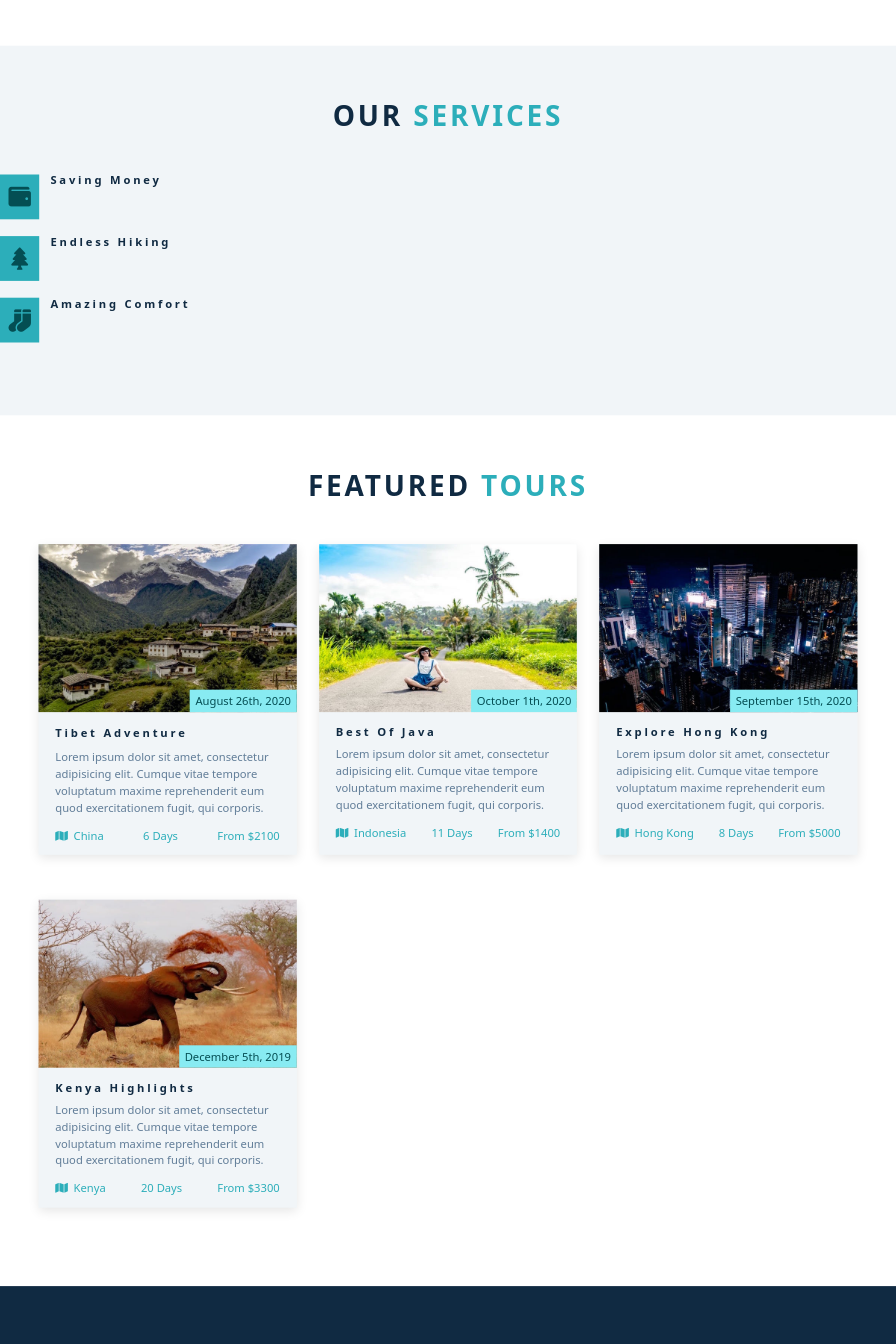
Repository: EdurdodaSilva/Ract_Basic
Page: /
These files come from the project's save history. The page is drawn as it stood at one moment and after the next save; the edit follows.
The browser window is 1280 px wide. The pictures show the part of the page from y = 1345 to 3265 px (the page is 3507 px tall before and 3331 px after), at 70% of full size.
Some web libraries are served in a nearby version. The project was rebuilt for these pictures with package versions that can differ from the ones it lists, and the page was loaded fresh each time.

Above is the page before, as saved 2024-08-29 18:38:07.

After the next save:
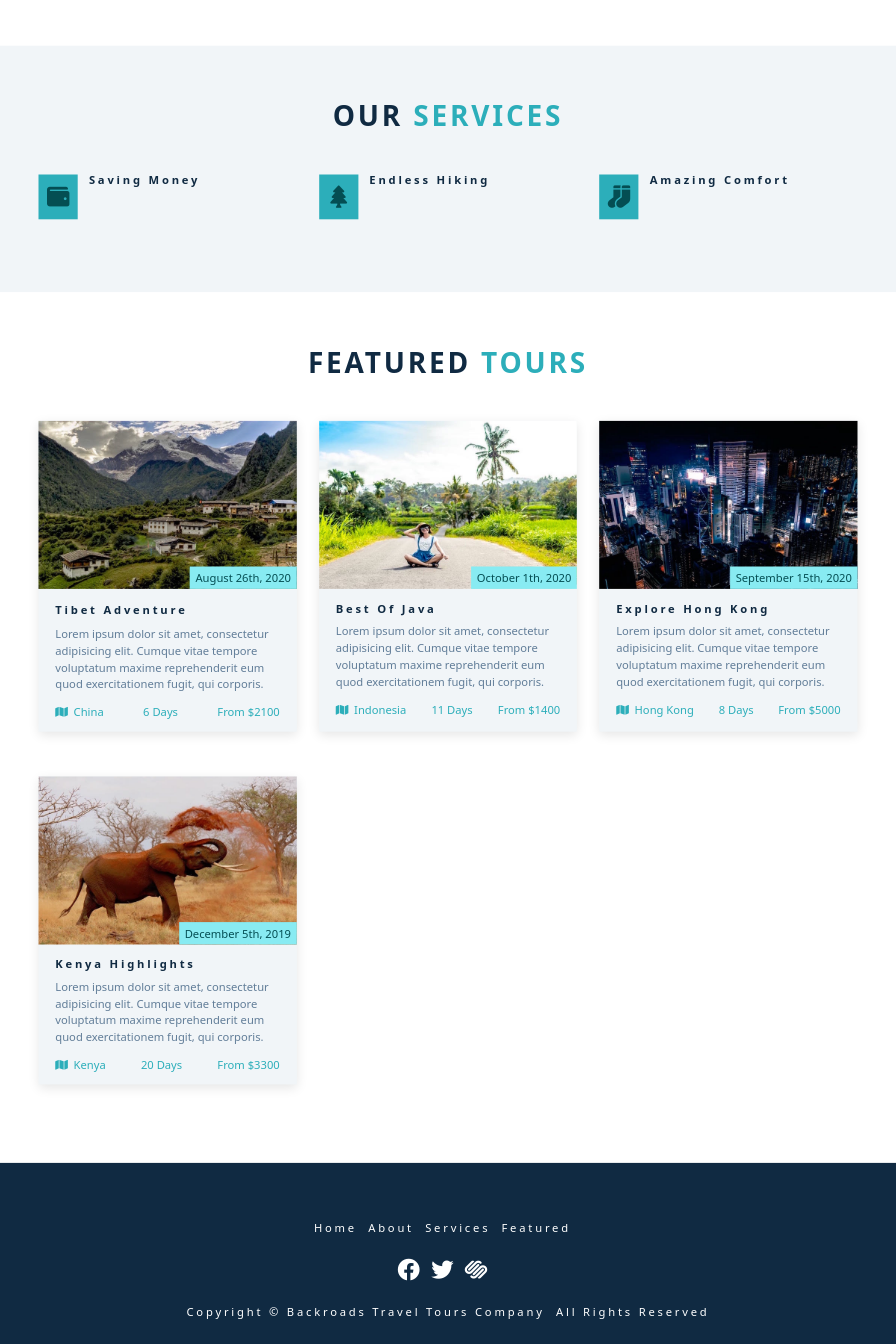
Saved 63 s later.
--- a/src/components/Services.js
+++ b/src/components/Services.js
@@ -6,20 +6,22 @@ const Services = () => {
     return (
         <section className="section services" id="services">
             <Title title="our" subTitle="services" />
-            {services.map((service) => {
-                const { id, icon, title, text } = service;
-                return (
-                    <article className="service" key={id}>
-                        <span className="service-icon">
-                            <i className={icon}></i>
-                        </span>
-                        <div className="service-info">
-                            <h4 className="service-title">{title}</h4>
-                            <p className="service-text">{text}</p>
-                        </div>
-                    </article>
-                );
-            })}
+            <div className="section-center services-center">
+                {services.map((service) => {
+                    const { id, icon, title, text } = service;
+                    return (
+                        <article className="service" key={id}>
+                            <span className="service-icon">
+                                <i className={icon}></i>
+                            </span>
+                            <div className="service-info">
+                                <h4 className="service-title">{title}</h4>
+                                <p className="service-text">{text}</p>
+                            </div>
+                        </article>
+                    );
+                })}
+            </div>
         </section>
     );
 };
